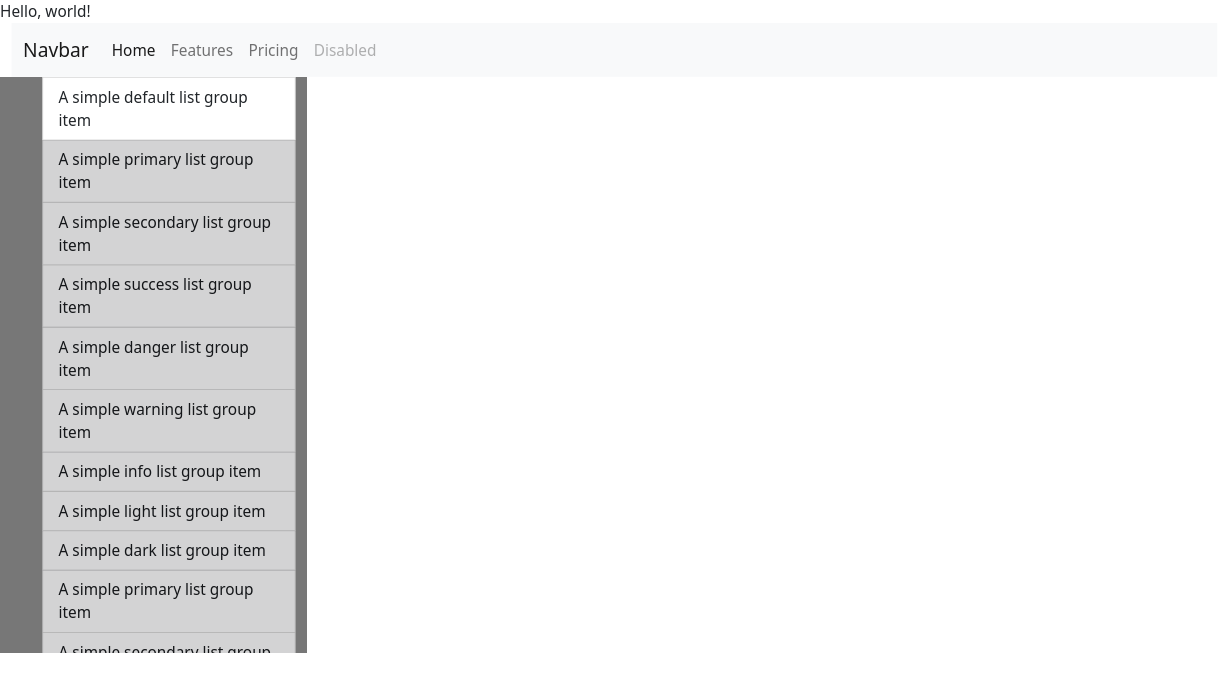
Repository: Dayvid0/BOOTSTRAP-TUTORIALS
Page: BOOTSTRAP-GRID-LAYOUTS/ibmexample.html
These files come from the project's save history. The page is drawn as it stood at one moment and after the next save; the edit follows.
The browser window is 1280 px wide. The pictures show the whole page, at 96% of full size.

Above is the page before, as saved 2025-01-24 16:54:24.

### BOOTSTRAP-GRID-LAYOUTS/ibmexample.html
<!doctype html>
<html lang="en">
  <head>
    <!-- Required meta tags -->
    <meta charset="utf-8">
    <meta name="viewport" content="width=device-width, initial-scale=1">
    <!-- Bootstrap CSS -->
    <link href="https://cdn.jsdelivr.net/npm/bootstrap@5.0.2/dist/css/bootstrap.min.css" rel="stylesheet" integrity="sha384-EVSTQN3/azprG1Anm3QDgpJLIm9Nao0Yz1ztcQTwFspd3yD65VohhpuuCOmLASjC" crossorigin="anonymous">
    <link rel="stylesheet" href="ibm-style.css"
    <title>Hello, world!</title>
  </head>
  <body>
    <div class="container-fluid">
      <nav class="navbar navbar-expand-lg navbar-light bg-light">
        <div class="container-fluid">
          <a class="navbar-brand" href="#">Navbar</a>
          <button class="navbar-toggler" type="button" data-bs-toggle="collapse" data-bs-target="#navbarNav" aria-controls="navbarNav" aria-expanded="false" aria-label="Toggle navigation">
            <span class="navbar-toggler-icon"></span>
          </button>
          <div class="collapse navbar-collapse" id="navbarNav">
            <ul class="navbar-nav">
              <li class="nav-item">
                <a class="nav-link active" aria-current="page" href="#">Home</a>
              </li>
              <li class="nav-item">
                <a class="nav-link" href="#">Features</a>
              </li>
              <li class="nav-item">
                <a class="nav-link" href="#">Pricing</a>
              </li>
              <li class="nav-item">
                <a class="nav-link disabled" href="#" tabindex="-1" aria-disabled="true">Disabled</a>
              </li>
            </ul>
          </div>
        </div>
      </nav>
    </div>
    <div class="container-fluid">
      <div class="row"> <!-- ./row-->
        <div class="col-3 sidebar">
          <ul >
            <li class="list-group-item">A simple default list group item</li>
            <li class="list-group-item list-group-item-dark">A simple primary list group item</li>
            <li class="list-group-item list-group-item-dark">A simple secondary list group item</li>
            <li class="list-group-item list-group-item-dark">A simple success list group item</li>
            <li class="list-group-item list-group-item-dark">A simple danger list group item</li>
            <li class="list-group-item list-group-item-dark">A simple warning list group item</li>
            <li class="list-group-item list-group-item-dark">A simple info list group item</li>
            <li class="list-group-item list-group-item-dark">A simple light list group item</li>
            <li class="list-group-item list-group-item-dark">A simple dark list group item</li>
            <li class="list-group-item list-group-item-dark">A simple primary list group item</li>
            <li class="list-group-item list-group-item-dark">A simple secondary list group item</li>
            <li class="list-group-item list-group-item-dark">A simple success list group item</li>
            <li class="list-group-item list-group-item-dark">A simple danger list group item</li>
            <li class="list-group-item list-group-item-dark">A simple warning list group item</li>
            <li class="list-group-item list-group-item-dark">A simple info list group item</li>
            <li class="list-group-item list-group-item-dark">A simple light list group item</li>
          </ul>
        </div><!-- ./col-3-->
        <div class="col-9">
        </div><!-- ./col-9-->
      </div><!-- ./row -->
    </div><!-- ./container-fluid -->
    <script src="https://cdn.jsdelivr.net/npm/bootstrap@5.0.2/dist/js/bootstrap.bundle.min.js" integrity="sha384-MrcW6ZMFYlzcLA8Nl+NtUVF0sA7MsXsP1UyJoMp4YLEuNSfAP+JcXn/tWtIaxVXM" crossorigin="anonymous"></script>
  </body>
</html>

### BOOTSTRAP-GRID-LAYOUTS/ibm-style.css
.sidebar {
  background-color: #777;
  max-height: 600px;
  overflow-y: scroll;
}

After the next save:
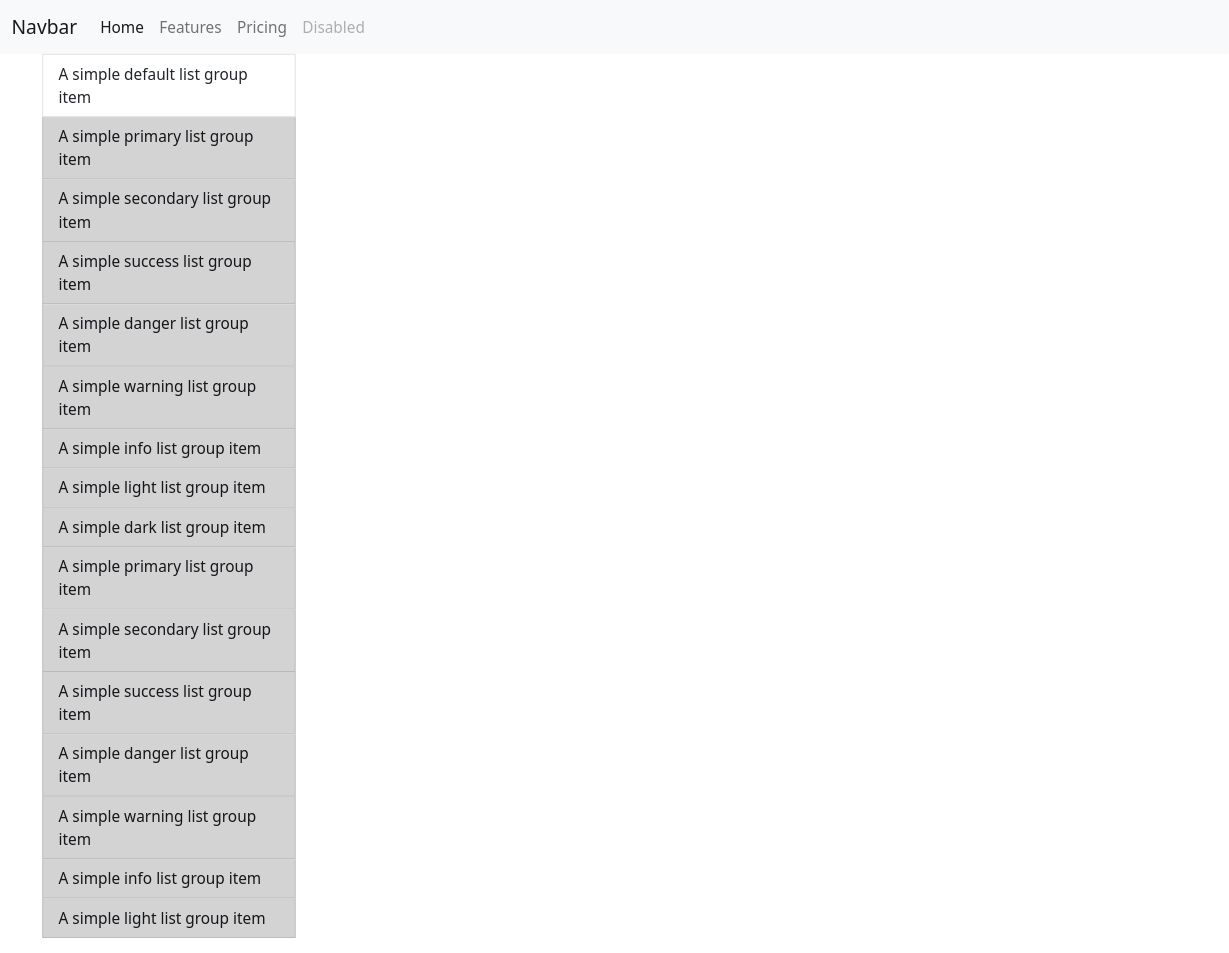
Saved 19 s later.
--- a/BOOTSTRAP-GRID-LAYOUTS/ibmexample.html
+++ b/BOOTSTRAP-GRID-LAYOUTS/ibmexample.html
@@ -6,8 +6,7 @@
     <meta name="viewport" content="width=device-width, initial-scale=1">
     <!-- Bootstrap CSS -->
     <link href="https://cdn.jsdelivr.net/npm/bootstrap@5.0.2/dist/css/bootstrap.min.css" rel="stylesheet" integrity="sha384-EVSTQN3/azprG1Anm3QDgpJLIm9Nao0Yz1ztcQTwFspd3yD65VohhpuuCOmLASjC" crossorigin="anonymous">
-    <link rel="stylesheet" href="ibm-style.css"
-    <title>Hello, world!</title>
+    <link rel="stylesheet" href="i
   </head>
   <body>
     <div class="container-fluid">
